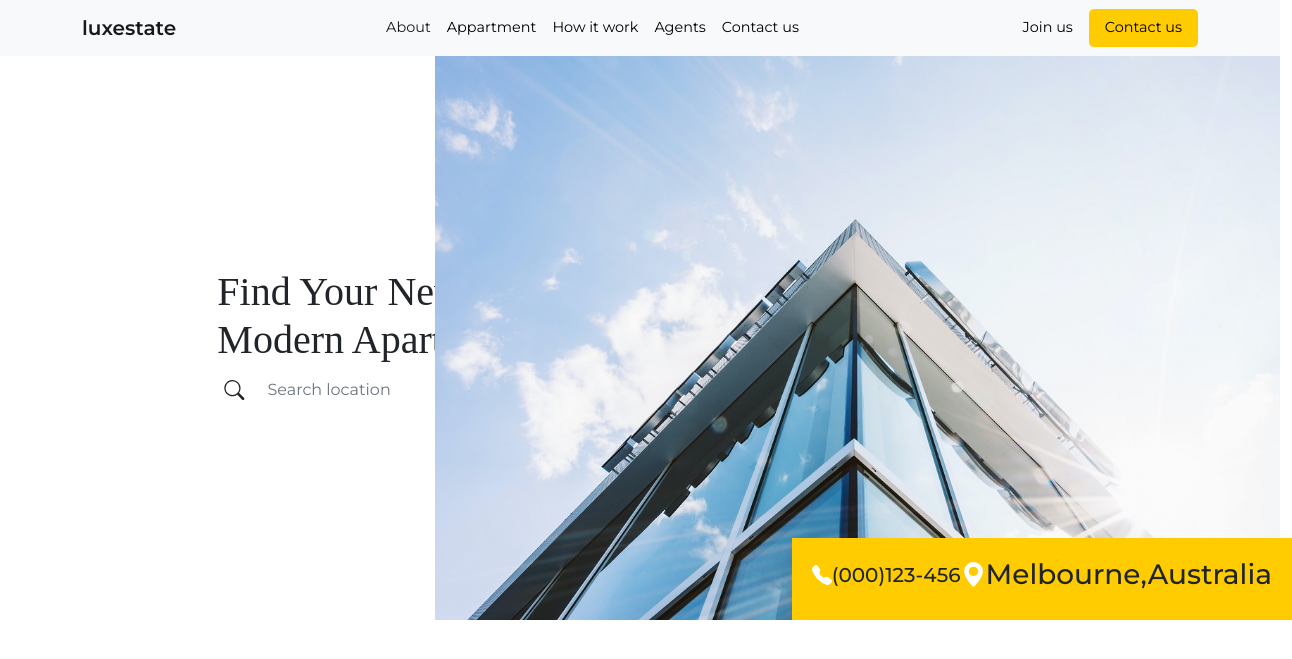
Repository: Toqa-25/luxstate
Page: index.html
The author's editor kept a copy of each file at every save. The page is drawn from the files as they stood at one save, then again after the next save.
The browser window is 1280 px wide. The page is 1292 px wide, so the pictures cover 1292 px, including what lies to the right of the window. The pictures show the whole page.

Above is the page before, as saved 2021-06-07 23:56:44.

### index.html
<!DOCTYPE html>
<html lang="en">
<head>
    <meta charset="UTF-8">
    <meta http-equiv="X-UA-Compatible" content="IE=edge">
    <meta name="viewport" content="width=device-width, initial-scale=1.0">
    <!-- Bootstrap file -->
    <link rel="stylesheet" href="css/bootstrap.css">
    <!-- My Bootstrap file -->
    <link rel="stylesheet" href="css/my-bootstrap.css">
    <!-- all main style -->
    <link rel="stylesheet" href="css/all.min.css">
    <!-- CDN css file -->
    <link href="https://cdn.jsdelivr.net/npm/bootstrap@5.0.1/dist/css/bootstrap.min.css" rel="stylesheet" integrity="sha384-+0n0xVW2eSR5OomGNYDnhzAbDsOXxcvSN1TPprVMTNDbiYZCxYbOOl7+AMvyTG2x" crossorigin="anonymous">
    <!-- Style file -->
    <link rel="stylesheet" href="css/style.css">
    <!-- web fonts -->
    <link rel="preconnect" href="https://fonts.gstatic.com">
<link href="https://fonts.googleapis.com/css2?family=Montserrat:wght@100;200;300;400;500;600;700;800;900&display=swap" rel="stylesheet">
    <title>Bootstarp</title>
</head>
<body>
    <nav class="navbar navbar-expand-lg navbar-light bg-light">
        <div class="container">
          <a class="navbar-brand" href="#">luxestate</a>
          <button class="navbar-toggler" type="button" data-bs-toggle="collapse" data-bs-target="#navbarSupportedContent" aria-controls="navbarSupportedContent" aria-expanded="false" aria-label="Toggle navigation">
            <span class="navbar-toggler-icon"></span>
          </button>
          <div class="collapse navbar-collapse offset-2 navbar-light" id="navbarSupportedContent">
            <ul class="navbar-nav me-auto mb-2 mb-lg-0 ">
              <li class="nav-item">
                <a class="nav-link active" aria-current="page" href="#">About</a>
              </li>
              <li class="nav-item ">
                <a class="nav-link " href="#">Appartment</a>
              </li>
              <li class="nav-item">
                <a class="nav-link" href="#">How it work</a>
              </li>
              <li class="nav-item">
                <a class="nav-link" href="#">Agents</a>
              </li>
              <li class="nav-item">
                <a class="nav-link" href="#">Contact us</a>
              </li>

            </ul>
            <ul class="nav justify-content-end last-nav">
                <li class="nav-item">
                  <a class="nav-link active" aria-current="page" href="#">Join us</a>
                </li>
                <li class="nav-item focuse">
                  <a class="nav-link " href="#">Contact us</a>
                </li>

              </ul>
          </div>
        </div>
      </nav>
      <header>
      <div class="row">
        <div class="image-section float-end col-8 ">
        <img src="images/cover-unsplash.jpg" class="img-fluid "  alt="...">
        <div class="text-over d-flex float-end">
          <svg xmlns="http://www.w3.org/2000/svg" width="20" height="20" fill="#ffffff" class="bi bi-telephone-fill mb-2" viewBox="0 0 16 16">
            <path fill-rule="evenodd" d="M1.885.511a1.745 1.745 0 0 1 2.61.163L6.29 2.98c.329.423.445.974.315 1.494l-.547 2.19a.678.678 0 0 0 .178.643l2.457 2.457a.678.678 0 0 0 .644.178l2.189-.547a1.745 1.745 0 0 1 1.494.315l2.306 1.794c.829.645.905 1.87.163 2.611l-1.034 1.034c-.74.74-1.846 1.065-2.877.702a18.634 18.634 0 0 1-7.01-4.42 18.634 18.634 0 0 1-4.42-7.009c-.362-1.03-.037-2.137.703-2.877L1.885.511z"/>
          </svg>
          <h5>(000)123-456</h5>
          <svg xmlns="http://www.w3.org/2000/svg" width="25" height="25" fill="#ffffff" class="bi bi-geo-alt-fill mb-2" viewBox="0 0 16 16">
            <path d="M8 16s6-5.686 6-10A6 6 0 0 0 2 6c0 4.314 6 10 6 10zm0-7a3 3 0 1 1 0-6 3 3 0 0 1 0 6z"/>
          </svg>
          <h3>Melbourne,Australia</h3>
        </div>
        </div>
          <div class="header-text  col-4 order-first">
              <h1>Find Your New <br>
                Modern Apartment </h1>
                <form class="d-flex">
                    <svg xmlns="http://www.w3.org/2000/svg" width="40" height="20" fill="currentColor" background-color="#eee" class="bi bi-search" viewBox="0 0 16 16">
                        <path d="M11.742 10.344a6.5 6.5 0 1 0-1.397 1.398h-.001c.03.04.062.078.098.115l3.85 3.85a1 1 0 0 0 1.415-1.414l-3.85-3.85a1.007 1.007 0 0 0-.115-.1zM12 6.5a5.5 5.5 0 1 1-11 0 5.5 5.5 0 0 1 11 0z"/>
                      </svg>
                    <input class="form-control " type="search" placeholder=" Search location" aria-label="Search">
                    <button class="btn btn-warning" type="submit">Search </button>
                  </form>
          </div>

      </div>

    </header>

      <script src="js/bootstrap.min.js"></script>
</body>
</html>

### css/style.css
/* veriables */
:root{
    --main-color:#ffcc01;
}

/* global rules */
body{
    font-family: 'Montserrat', sans-serif;
    margin: 0;
    padding: 0;
}
 /* file style */

 .navbar-light .navbar-nav .nav-link,
 .last-nav  .nav-item .nav-link {
    color: black;
    font-weight: 400;
    font-size: .9rem;
}
.navbar-brand{
    font-weight: 600;
}
.last-nav   .focuse{
    background-color: var(--main-color);
    border-radius: 5px;
}
.header-text svg{
    margin:auto 5px;
}
.header-text input{
    border: none
}
.header-text button{
    background: var(--main-color);
    font-size: .75rem;
    width: 45%;
}
.header-text .d-flex{

}
.header-text {
    margin: auto;
    transform: translate(50%);
}
.header-text h1{
    font-family: mate sc;
}
header .row{
    position: relative;
}
header .image-section{
  position: relative;
}
.text-over{
    background: var(--main-color);
    padding: 20px;
    position: absolute;
    right: 0;
    bottom: 0px;
    align-items: center;
}
.text-over svg{

}

Loaded but not shown: css/my-bootstrap.css (library); css/all.min.css (library); js/bootstrap.min.js (library); css/bootstrap.css (no copy from this time; the picture is the same without it)

After the next save:
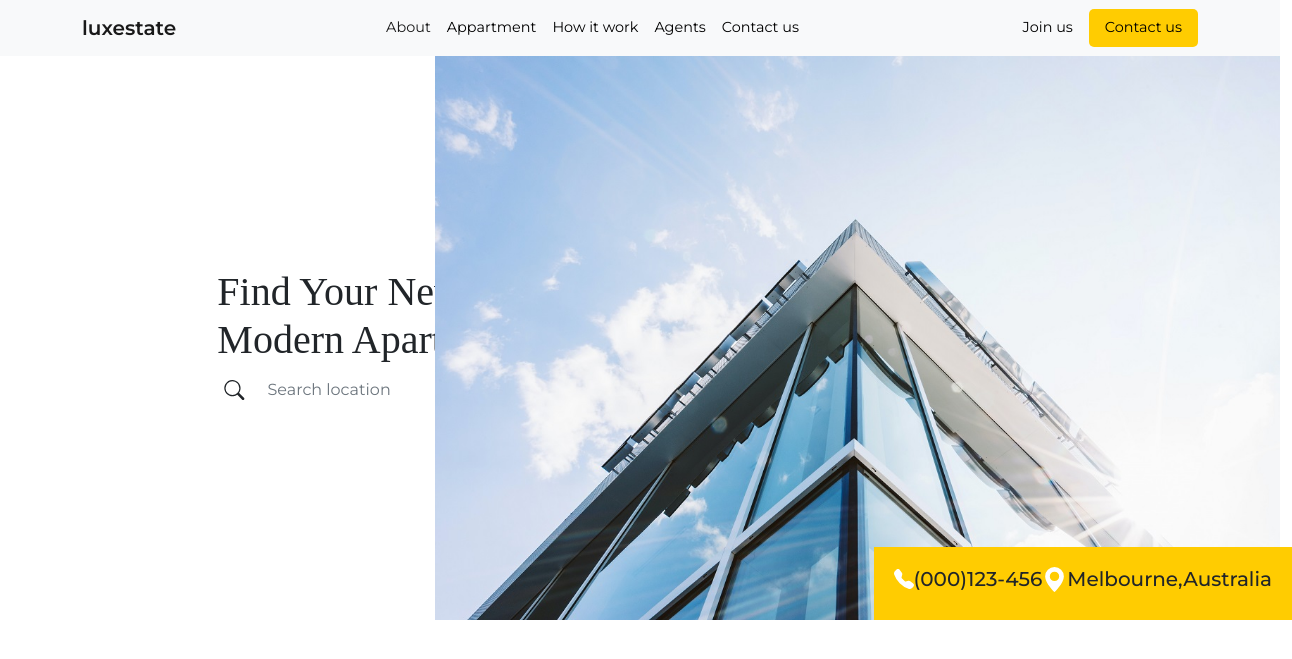
Saved 4 s later.
--- a/index.html
+++ b/index.html
@@ -69,7 +69,7 @@
           <svg xmlns="http://www.w3.org/2000/svg" width="25" height="25" fill="#ffffff" class="bi bi-geo-alt-fill mb-2" viewBox="0 0 16 16">
             <path d="M8 16s6-5.686 6-10A6 6 0 0 0 2 6c0 4.314 6 10 6 10zm0-7a3 3 0 1 1 0-6 3 3 0 0 1 0 6z"/>
           </svg>
-          <h3>Melbourne,Australia</h3>
+          <h5>Melbourne,Australia</h3>
         </div>
         </div>
           <div class="header-text  col-4 order-first">
